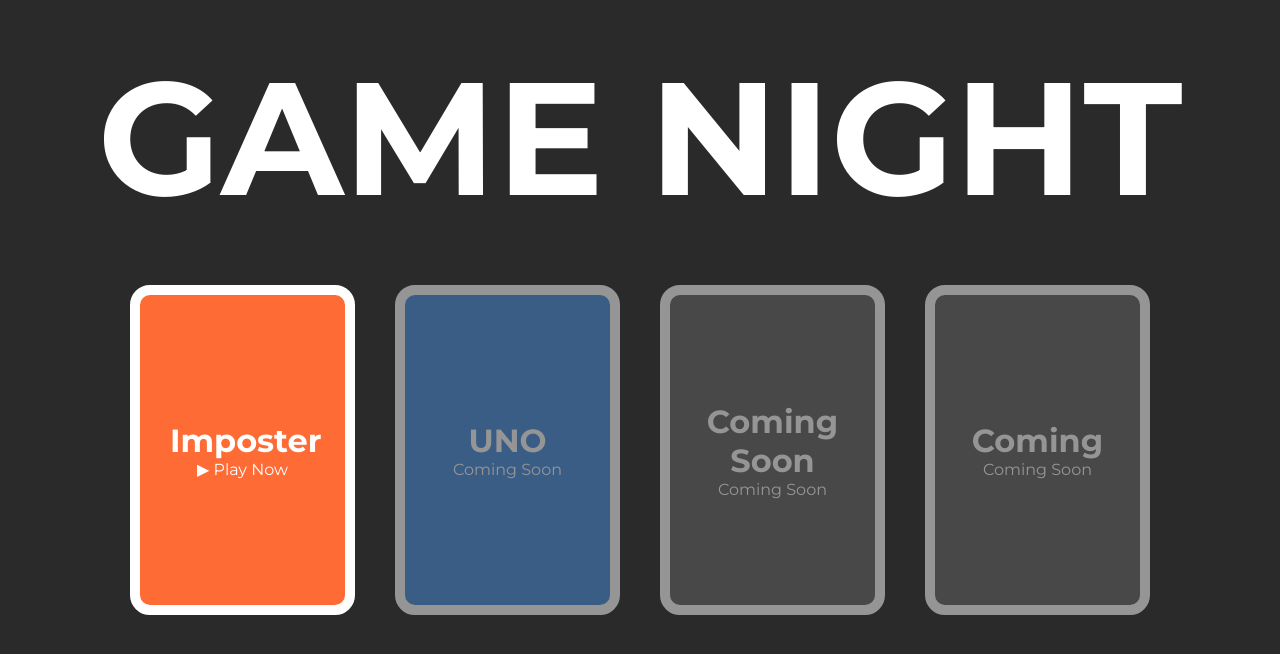
Repository: nfemmanuel/game-night-app
Page: /imposter-setup
An editor plug-in stored every save of this project. The page is shown before and after the next save, followed by the edit.
The browser window is 1280 px wide. The pictures show the whole page.
The project was rebuilt for these pictures with package versions that can differ from the ones it lists, and the page was loaded fresh each time.

Above is the page before, as saved 2025-12-31 16:46:21.

After the next save:
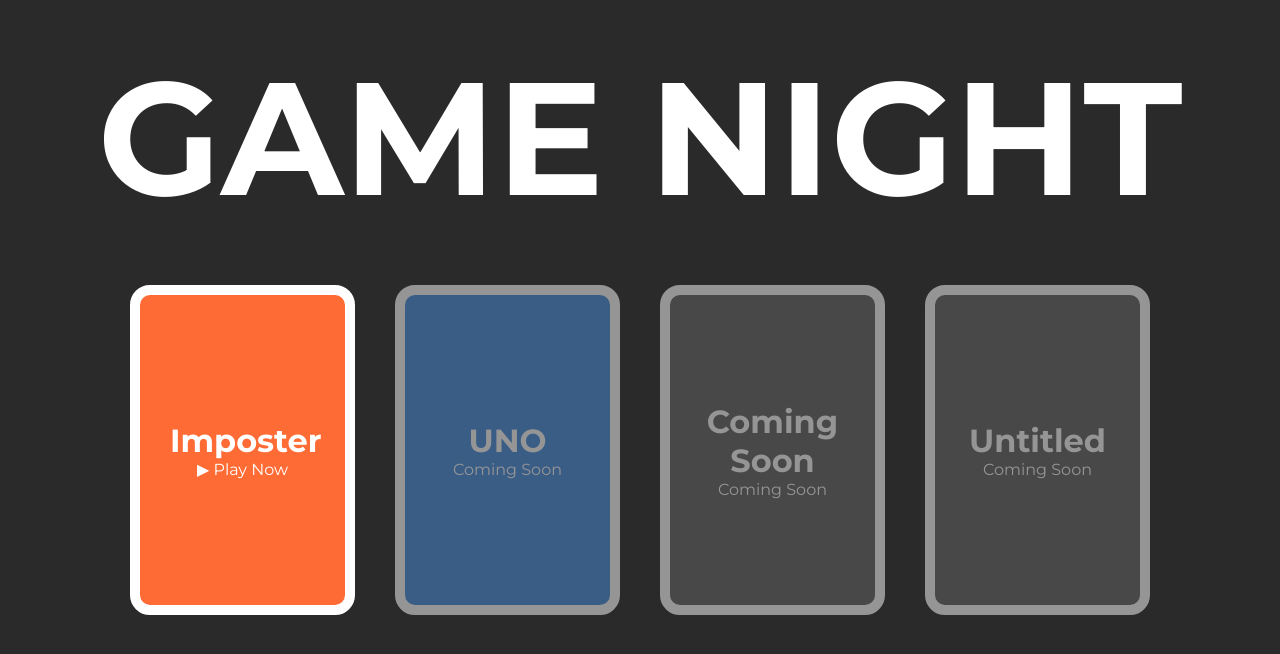
Saved 4 s later.
--- a/src/App.js
+++ b/src/App.js
@@ -35,7 +35,7 @@ function App() {
           onClick={() => { }}
         />
         <GameCard
-          name="Coming "
+          name="Untitled "
           available={false}
           onClick={() => { }}
         />
